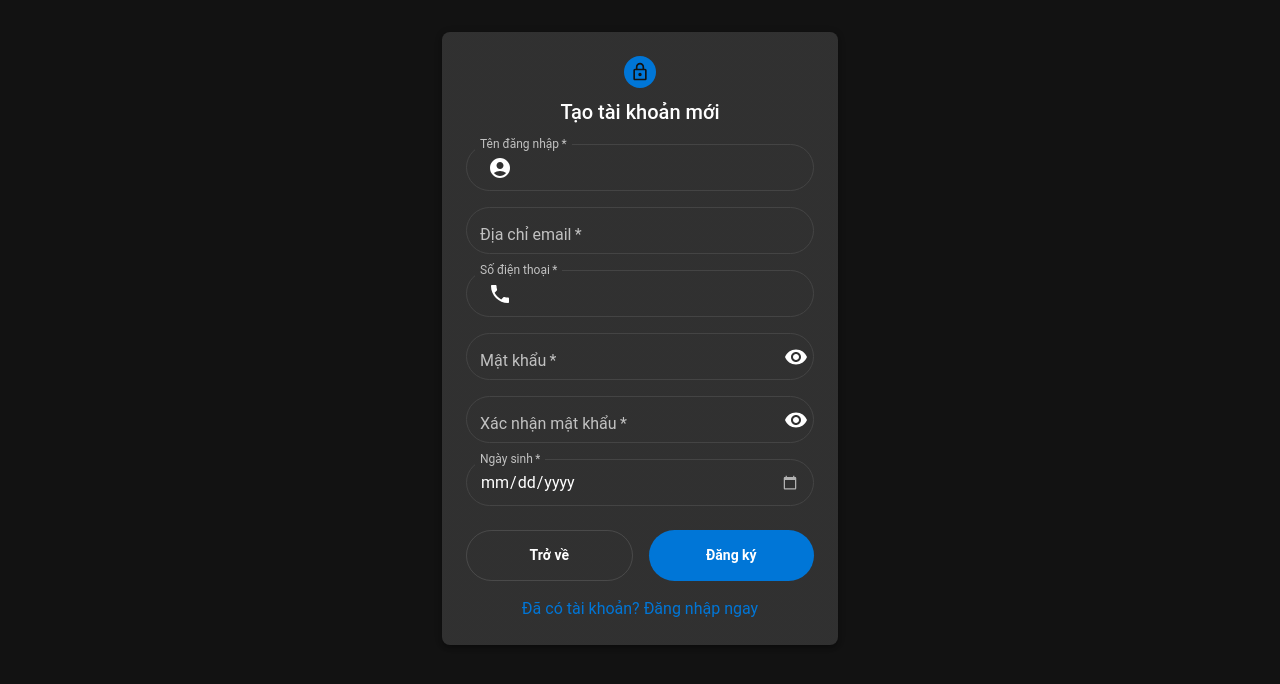
Repository: thtrunghau/ecommerce-ui-dacntt
Page: /auth/register
An editor plug-in stored every save of this project. The page is shown before and after the next save, followed by the edit.
The browser window is 1280 px wide. The pictures show the whole page.
The project was rebuilt for these pictures with package versions that can differ from the ones it lists, and the page was loaded fresh each time. Also part of the build but not shown: vite.config.ts, src/mockData/mockData.ts, src/utils/helpers.ts, src/components/shared/NavDropdown.tsx, src/components/shared/UserMenu.tsx, src/components/shared/Header.tsx, src/components/common/RoundedButton.tsx, src/components/features/home/HeroSection.tsx and 7 more.

Above is the page before, as saved 2025-06-13 00:22:47.

### src/index.css
@tailwind base;
@tailwind components;
@tailwind utilities;

/* Custom line clamp utilities */
.line-clamp-2 {
  display: -webkit-box;
  -webkit-line-clamp: 2;
  -webkit-box-orient: vertical;
  overflow: hidden;
}

/* Animation utilities */
@keyframes fade-in-up {
  from {
    opacity: 0;
    transform: translateY(20px);
  }
  to {
    opacity: 1;
    transform: translateY(0);
  }
}

.animate-fade-in-up {
  animation: fade-in-up 0.6s ease-out;
}

### src/App.tsx
import { BrowserRouter as Router, Routes, Route } from "react-router-dom";
import Header from "./components/shared/Header";
import Home from "./pages/Home";
import Footer from "./components/shared/Footer";
import { AuthProvider } from "./contexts/AuthContext";
import Register from "./pages/auth/Register";
import Login from "./pages/auth/Login";
import RegisterStandalone from "./pages/auth/RegisterStandalone";
import LoginStandalone from "./pages/auth/LoginStandalone";

export default function App() {
  return (
    <AuthProvider>
      <Router>
        {" "}
        <Routes>
          {" "}
          {/* Auth routes */}
          <Route path="/auth">
            <Route path="register" element={<RegisterStandalone />} />
            <Route path="login" element={<LoginStandalone />} />
          </Route>
          {/* Main layout routes with header/footer */}
          <Route
            path="/*"
            element={
              <div className="flex min-h-screen flex-col">
                <Header />
                <main className="flex-grow pt-24 lg:pt-28">
                  <Routes>
                    <Route path="/" element={<Home />} />
                    <Route path="/register" element={<Register />} />
                    <Route path="/login" element={<Login />} />
                    {/* Add other routes here as needed */}
                  </Routes>
                </main>
                <Footer />
              </div>
            }
          />
        </Routes>
      </Router>
    </AuthProvider>
  );
}

### src/contexts/AuthContext.tsx
import {
  createContext,
  useContext,
  useState,
  type ReactNode,
  useMemo,
} from "react";

interface User {
  id: string;
  username: string;
  email: string;
  phone?: string; // Thêm trường số điện thoại
  name?: string;
  avatar?: string;
}

interface AuthContextType {
  isAuthenticated: boolean;
  user: User | null;
  login: (user: User) => void;
  logout: () => void;
  register: (user: User) => void;
}

const AuthContext = createContext<AuthContextType | undefined>(undefined);

export const AuthProvider = ({ children }: { children: ReactNode }) => {
  const [user, setUser] = useState<User | null>(null);

  // Kiểm tra trạng thái xác thực từ localStorage khi khởi động
  const isAuthenticated = Boolean(user);

  const login = (userData: User) => {
    setUser(userData);
    localStorage.setItem("user", JSON.stringify(userData));
  };

  const logout = () => {
    setUser(null);
    localStorage.removeItem("user");
  };

  const register = (userData: User) => {
    // Trong thực tế, đây là nơi bạn sẽ gọi API đăng ký
    setUser(userData);
    localStorage.setItem("user", JSON.stringify(userData));
  };

  const value = useMemo(
    () => ({
      isAuthenticated,
      user,
      login,
      logout,
      register,
    }),
    [isAuthenticated, user],
  );

  return <AuthContext.Provider value={value}>{children}</AuthContext.Provider>;
};

export const useAuth = () => {
  const context = useContext(AuthContext);
  if (context === undefined) {
    throw new Error("useAuth must be used within an AuthProvider");
  }
  return context;
};

### src/pages/auth/RegisterStandalone.tsx
import React, { useState } from "react";
import { Link, useNavigate } from "react-router-dom";
import {
  Container,
  Box,
  Typography,
  TextField,
  Button,
  Paper,
  Avatar,
  IconButton,
  InputAdornment,
  ThemeProvider,
  createTheme,
  CssBaseline,
  Alert,
} from "@mui/material";
import {
  Visibility,
  VisibilityOff,
  AccountCircle,
  LockOutlined,
  Phone as PhoneIcon,
} from "@mui/icons-material";
import useAuthStore from "../../store/authStore";

const darkTheme = createTheme({
  palette: {
    mode: "dark",
    primary: { main: "#0076d7" },
    secondary: { main: "#30336b" },
    background: { default: "#121212", paper: "#1e1e1e" },
  },
  typography: {
    fontFamily: '"Samsung One", "Roboto", "Helvetica", "Arial", sans-serif',
  },  components: {
    MuiTextField: {
      styleOverrides: {
        root: {
          "& .MuiOutlinedInput-root": {
            "& fieldset": { borderRadius: "9999px", borderColor: "#444" },
            "&:hover fieldset": { borderColor: "#666" },
            "&.Mui-focused fieldset": { borderColor: "#0076d7" },
          },          "& .MuiInputBase-input": {
            padding: "12px 14px",
          },
          "& .MuiInputAdornment-root": {
            marginLeft: "8px",
            marginRight: "-4px",
          },
        },
      },
    },
    MuiButton: {
      styleOverrides: {
        root: {
          borderRadius: "4px",
          textTransform: "none",
          fontWeight: 600,            boxShadow: "none",
            padding: "12px 24px",
            borderRadius: "9999px",
            "&:hover": { boxShadow: "none" },
        },
        contained: {
          backgroundColor: "#0076d7",
          "&:hover": { backgroundColor: "#0067be" },
        },
        outlined: {
          borderColor: "rgba(255, 255, 255, 0.12)",
          color: "#fff",
          "&:hover": {
            borderColor: "rgba(255, 255, 255, 0.24)",
            backgroundColor: "rgba(255, 255, 255, 0.04)",
          },
        },
      },
    },
  },
});

interface FormData {
  username: string;
  email: string;
  phone: string;
  dateOfBirth: string;
  password: string;
  confirmPassword: string;
}

const initialFormData: FormData = {
  username: "",
  email: "",
  phone: "",
  dateOfBirth: "",
  password: "",
  confirmPassword: "",
};

const RegisterStandalone: React.FC = () => {
  const navigate = useNavigate();
  const { register } = useAuthStore();
  const [formData, setFormData] = useState<FormData>(initialFormData);
  const [showPassword, setShowPassword] = useState<boolean>(false);
  const [showConfirmPassword, setShowConfirmPassword] =
    useState<boolean>(false);
  const [errors, setErrors] = useState<Partial<FormData>>({});
  const [formError, setFormError] = useState<string | null>(null);

  const handleChange = (e: React.ChangeEvent<HTMLInputElement>) => {
    const { name, value } = e.target;
    setFormData((prev) => ({ ...prev, [name]: value }));
    if (errors[name as keyof FormData]) {
      setErrors((prev) => ({ ...prev, [name]: undefined }));
    }
    if (formError) setFormError(null);
  };

  const validateForm = (): boolean => {
    const newErrors: Partial<FormData> = {};
    let isValid = true;
    if (!formData.username.trim()) {
      newErrors.username = "Tên đăng nhập là bắt buộc";
      isValid = false;    } else if (formData.username.length < 3) {
      newErrors.username = "Tên đăng nhập phải có ít nhất 3 ký tự";
      isValid = false;
    }
    if (!formData.dateOfBirth) {
      newErrors.dateOfBirth = "Ngày sinh là bắt buộc";
      isValid = false;
    } else {
      const birthDate = new Date(formData.dateOfBirth);
      const today = new Date();
      if (birthDate >= today) {
        newErrors.dateOfBirth = "Ngày sinh không hợp lệ";
        isValid = false;
      }
    }
    if (!formData.email.trim()) {
      newErrors.email = "Email là bắt buộc";
      isValid = false;
    } else {
      const emailRegex = /^[^\s@]+@[^\s@]+\.[^\s@]+$/;
      if (!emailRegex.test(formData.email)) {
        newErrors.email = "Email không hợp lệ";
        isValid = false;
      }
    }
    if (!formData.phone.trim()) {
      newErrors.phone = "Số điện thoại là bắt buộc";
      isValid = false;
    } else {
      const phoneRegex = /^0\d{9}$/;
      if (!phoneRegex.test(formData.phone)) {
        newErrors.phone =
          "Số điện thoại không hợp lệ (phải có 10 số và bắt đầu bằng 0)";
        isValid = false;
      }
    }
    if (!formData.password) {
      newErrors.password = "Mật khẩu là bắt buộc";
      isValid = false;
    } else if (formData.password.length < 6) {
      newErrors.password = "Mật khẩu phải có ít nhất 6 ký tự";
      isValid = false;
    }
    if (formData.password !== formData.confirmPassword) {
      newErrors.confirmPassword = "Mật khẩu xác nhận không khớp";
      isValid = false;
    }
    setErrors(newErrors);
    return isValid;
  };

  const handleSubmit = (e: React.FormEvent<HTMLFormElement>) => {
    e.preventDefault();
    if (validateForm()) {
      try {
        const newUser = {
          id: crypto.randomUUID(),
          username: formData.username,
          email: formData.email,
          phone: formData.phone,
        };
        register(newUser);
        navigate("/");
      } catch (error) {
        setFormError("Đã xảy ra lỗi khi đăng ký. Vui lòng thử lại.");
        console.error("Registration error:", error);
      }
    }
  };

  return (
    <ThemeProvider theme={darkTheme}>
      <CssBaseline />      <Container component="main" maxWidth="xs" sx={{ mb: 4, mt: 4 }}>
        <Paper
          elevation={3}
          sx={{
            p: 3,
            display: "flex",
            flexDirection: "column",
            alignItems: "center",
            bgcolor: "background.paper",
            borderRadius: 2,
          }}
        >
          <Avatar sx={{ mb: 1, bgcolor: "primary.main", width: 32, height: 32 }}>
            <LockOutlined sx={{ fontSize: 20 }} />
          </Avatar>
          <Typography component="h1" variant="h6" sx={{ mb: 2 }}>
            Tạo tài khoản mới
          </Typography>
          {formError && (
            <Alert severity="error" sx={{ width: "100%", mb: 2 }}>
              {formError}
            </Alert>
          )}
          <Box component="form" onSubmit={handleSubmit} sx={{ width: "100%" }}>
            <div className="flex flex-col gap-4">
              <TextField
                name="username"
                required
                fullWidth
                id="username"
                label="Tên đăng nhập"
                value={formData.username}
                onChange={handleChange}
                error={Boolean(errors.username)}
                helperText={errors.username}
                InputProps={{
                  startAdornment: (
                    <InputAdornment position="start">
                      <AccountCircle sx={{ color: "action.active" }} />
                    </InputAdornment>
                  ),
                }}
              />
              <TextField
                required
                fullWidth
                id="email"
                label="Địa chỉ email"
                name="email"
                autoComplete="email"
                value={formData.email}
                onChange={handleChange}
                error={Boolean(errors.email)}
                helperText={errors.email}
              />
              <TextField
                required
                fullWidth
                id="phone"
                label="Số điện thoại"
                name="phone"
                autoComplete="tel"
                value={formData.phone}
                onChange={handleChange}
                error={Boolean(errors.phone)}
                helperText={errors.phone}
                InputProps={{
                  startAdornment: (
                    <InputAdornment position="start">
                      <PhoneIcon sx={{ color: "action.active" }} />
                    </InputAdornment>
                  ),
                }}
              />
              <TextField
                required
                fullWidth
                name="password"
                label="Mật khẩu"
                type={showPassword ? "text" : "password"}
                id="password"
                autoComplete="new-password"
                value={formData.password}
                onChange={handleChange}
                error={Boolean(errors.password)}
                helperText={errors.password}
                InputProps={{
                  endAdornment: (
                    <InputAdornment position="end">
                      <IconButton
                        aria-label="toggle password visibility"
                        onClick={() => setShowPassword(!showPassword)}
                        edge="end"
                      >
                        {showPassword ? <VisibilityOff /> : <Visibility />}
                      </IconButton>
                    </InputAdornment>
                  ),
                }}
              />              <TextField
                required
                fullWidth
                name="confirmPassword"
                label="Xác nhận mật khẩu"
                type={showConfirmPassword ? "text" : "password"}
                id="confirmPassword"
                value={formData.confirmPassword}
                onChange={handleChange}
                error={Boolean(errors.confirmPassword)}
                helperText={errors.confirmPassword}
                InputProps={{
                  endAdornment: (
                    <InputAdornment position="end">
                      <IconButton
                        aria-label="toggle confirm password visibility"
                        onClick={() =>
                          setShowConfirmPassword(!showConfirmPassword)
                        }
                        edge="end"
                      >
                        {showConfirmPassword ? (
                          <VisibilityOff />
                        ) : (
                          <Visibility />
                        )}
                      </IconButton>
                    </InputAdornment>
                  ),
                }}
              />
              <TextField
                required
                fullWidth
                id="dateOfBirth"
                label="Ngày sinh"
                name="dateOfBirth"
                type="date"
                value={formData.dateOfBirth}
                onChange={handleChange}
                error={Boolean(errors.dateOfBirth)}
                helperText={errors.dateOfBirth}
                InputLabelProps={{
                  shrink: true,
                }}
                sx={{
                  "& input[type=date]::-webkit-calendar-picker-indicator": {
                    filter: "invert(0.7)",
                  },
                }}
              />
            </div>
            <div className="flex gap-4 mt-6">
              <Button
                onClick={() => navigate(-1)}
                fullWidth
                variant="outlined"
                sx={{
                  borderRadius: "9999px",
                  py: 1.5,
                  borderColor: "rgba(255, 255, 255, 0.12)",
                  "&:hover": {
                    borderColor: "rgba(255, 255, 255, 0.24)",
                  },
                }}
              >
                Trở về
              </Button>
              <Button
                type="submit"
                fullWidth
                variant="contained"
                sx={{
                  borderRadius: "9999px",
                  py: 1.5,
                  bgcolor: "#0076d7",
                  "&:hover": {
                    bgcolor: "#0067be",
                  },
                }}
              >
                Đăng ký
              </Button>
            </div>            <div className="flex justify-center mt-4">
              <Link
                to="/auth/login"
                className="text-primary hover:text-primary/90 transition-colors duration-200"
                style={{ color: darkTheme.palette.primary.main }}
              >
                Đã có tài khoản? Đăng nhập ngay
              </Link>
            </div>
          </Box>
        </Paper>
      </Container>
    </ThemeProvider>
  );
};

export default RegisterStandalone;

### src/store/authStore.ts
import { create } from "zustand";

interface User {
  id: string;
  username: string;
  email: string;
  phone?: string; // Thêm trường số điện thoại
  name?: string;
  avatar?: string;
}

interface AuthState {
  isAuthenticated: boolean;
  user: User | null;
  login: (user: User) => void;
  logout: () => void;
  register: (user: User) => void;
}

// Tạo Auth Store với Zustand
const useAuthStore = create<AuthState>((set) => {
  // Kiểm tra user từ localStorage
  const savedUser = localStorage.getItem("user");
  const parsedUser = savedUser ? JSON.parse(savedUser) : null;

  return {
    isAuthenticated: Boolean(parsedUser),
    user: parsedUser,

    login: (user) => {
      localStorage.setItem("user", JSON.stringify(user));
      set({ isAuthenticated: true, user });
    },

    logout: () => {
      localStorage.removeItem("user");
      set({ isAuthenticated: false, user: null });
    },

    register: (user) => {
      localStorage.setItem("user", JSON.stringify(user));
      set({ isAuthenticated: true, user });
    },
  };
});

export default useAuthStore;

### tailwind.config.js
/** @type {import('tailwindcss').Config} */
export default {
  content: ["./index.html", "./src/**/*.{js,ts,jsx,tsx}"],
  theme: {
    extend: {},
  },
  plugins: [],
  corePlugins: {
    lineClamp: true,
  },
};

Loaded but not shown: index.html (common file); src/main.tsx (common file)

After the next save:
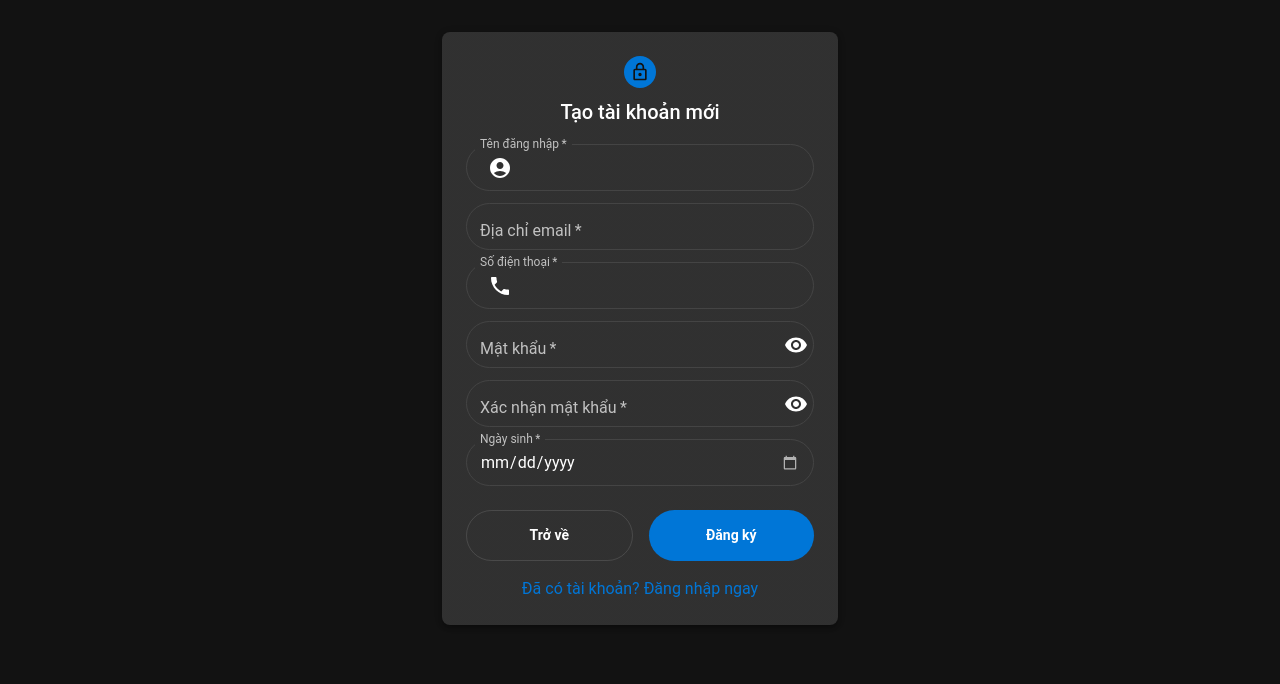
Saved 15 s later.
--- a/src/pages/auth/RegisterStandalone.tsx
+++ b/src/pages/auth/RegisterStandalone.tsx
@@ -215,8 +215,7 @@ const RegisterStandalone: React.FC = () => {
               {formError}
             </Alert>
           )}
-          <Box component="form" onSubmit={handleSubmit} sx={{ width: "100%" }}>
-            <div className="flex flex-col gap-4">
+          <Box component="form" onSubmit={handleSubmit} sx={{ width: "100%" }}>            <div className="flex flex-col gap-3">
               <TextField
                 name="username"
                 required
